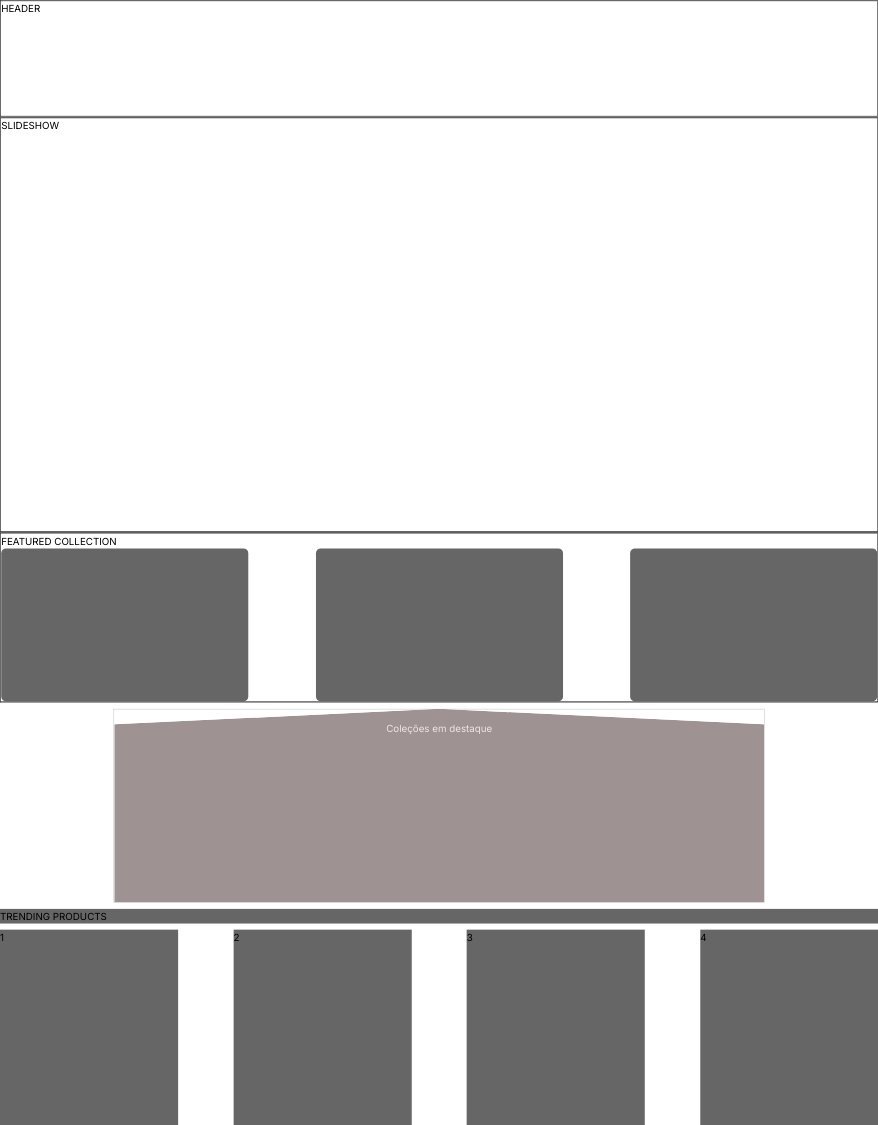
Repository: theophiloweb/landpage_disgital_store
Page: index.html
An editor plug-in stored every save of this project. The page is shown before and after the next save, followed by the edit.
The browser window is 1280 px wide. The page is 1440 px wide, so the pictures cover 1440 px, including what lies to the right of the window. The pictures show the whole page, at 61% of full size.

Above is the page before, as saved 2025-04-23 11:48:13.

### index.html
<!DOCTYPE html>
<html lang="en">

<head>
    <meta charset="UTF-8">
    <meta name="viewport" content="width=device-width, initial-scale=1.0">
    <title>Document</title>
    <script src="https://cdn.jsdelivr.net/npm/@tailwindcss/browser@4"></script>
    <link rel="stylesheet" href="style.css">
    <link rel="shortcut icon" href="./images/logo.svg" type="image/x-icon">
</head>

<body>

    <!-- Container principal  -->
    <div class="container">

        <header>
            <p>HEADER</p>
        </header>

        <main>

            <aside>

                <section class="slideshow">
                    <p>SLIDESHOW</p>
                </section>

                <section class="featured_collection">
                    <p>FEATURED COLLECTION</p>
                    <div class="img_featured_collection">
                        <div class="img_featured_collection_img1"></div>
                        <div class="img_featured_collection_img2"></div>
                        <div class="img_featured_collection_img3"></div>
                    </div>
                </section>

                <section class="featured_collection_2">

                    <div class="featured_collection_2_box1">
                        <div class="featured_collection_2_box2">
                            <p>Coleções em destaque</p>
                        </div>
                    </div>


                </section>

                <section class="trending_products">
                    <p>TRENDING PRODUCTS</p>
                    <div class="boxs_trending_products">
                        <div class="box1">1</div>
                        <div class="box2">2</div>
                        <div class="box3">3</div>
                        <div class="box4">4</div>
                    </div>

                </section>

            </aside>

        </main>
    </div>
</body>

</html>

### style.css
@import url('https://fonts.googleapis.com/css2?family=Inter:ital,opsz,wght@0,14..32,100..900;1,14..32,100..900&family=Oswald:wght@200..700&family=Roboto:ital,wght@0,100..900;1,100..900&display=swap');

:root {
    --color-dark: #1F1F1F;
    --dark-gray-1: #474747;
    --dark-gray-2: #666666;
    --light-gray-1: #8F8F8F;
    --light-gray-2: #CCCCCC;
    --light-gray-3: #F5F5F5;
    --white: #FFFFFF;
    --primary: #C92071;
    --secundary: #B5B6F2;
    --tTertiary: #991956;
    --error: #EE4266;
    --success: #52CA76;
    --warning: #F6AA1C;
    --primary-g: linear-gradient(top, #C92071 0%, #EDABCA 100%);
    --secondary-g: linear-gradient(top, #B5B6F2 0%, #EFEFFF 100%);
    --offset: 40px;
}

* {
    margin: 0;
    padding: 0;
    box-sizing: border-box;
    font-family: "Inter", sans-serif;
}

body {
    width: 100%;
    height: auto;
    display: grid;
    place-items: center;
    grid-template-columns: auto;
    grid-template-rows: auto;
}

.container {
    display: grid;
    grid-template-rows: 1fr;
    place-items: center;
    max-width: 1440px;

}

/* Header */
header {
    border: 2px groove var(--color-dark);
    width: 1440px;
    height: 192px;
}

/* Section Central Slideshow */
.slideshow {
    border: 2px groove var(--color-dark);
    width: 1440px;
    height: 681px;
}

/* Section Central featured_collection - Image */
.featured_collection {
    border: 2px groove var(--color-dark);
    max-width: 1440px;
}

.img_featured_collection {
    display: flex;

    justify-content: space-between;
}

.img_featured_collection_img1 {
    width: 405px;
    height: 251px;
    border-radius: 8px;
    background-color: var(--dark-gray-2);
}

.img_featured_collection_img2 {
    width: 405px;
    height: 251px;
    border-radius: 8px;
    background-color: var(--dark-gray-2);
}

.img_featured_collection_img3 {
    width: 405px;
    height: 251px;
    border-radius: 8px;
    background-color: var(--dark-gray-2);
}

/* Section Central featured_collection 2 */
.featured_collection_2 {
    display: flex;
    justify-content: center;
    max-width: 1440px;
    margin-top: 10px;
}

.featured_collection_2_box1 {
    width: 1067.5px;
    height: 317.5px;
    position: relative;
    display: flex;
    justify-content: center;
    align-items: center;
    box-sizing: border-box;
    border: 1px solid #ccc;
    margin: 92.5px 0 156px 0 216.5px;
}

.featured_collection_2_box2 {
    width: 1067.5px;
    height: 317.5px;
    border: none;
    border-radius: 0;
    position: relative;
    overflow: hidden;
    background: none;
    -webkit-clip-path: polygon(0% 8%, 50% 0%, 100% 8%, 100% 100%, 0% 100%);
    clip-path: polygon(0% 8%, 50% 0%, 100% 8%, 100% 100%, 0% 100%);
    box-sizing: border-box;
}

.featured_collection_2_box2::before {
    content: '';
    position: absolute;
    top: 0;
    left: 0;
    width: 100%;
    height: 100%;
    background-color: rgb(159, 146, 146);
    -webkit-clip-path: polygon(0% 8%, 50% 0%, 100% 8%, 100% 100%, 0% 100%);
    clip-path: polygon(0% 8%, 50% 0%, 100% 8%, 100% 100%, 0% 100%);
    z-index: 1;
}

.featured_collection_2_box2::after {
    content: '';
    position: absolute;
    top: 2px;
    left: 2px;
    width: calc(100% - 4px);
    height: calc(100% - 4px);
    background-color: transparent;
    -webkit-clip-path: polygon(0% 8%, 50% 0%, 100% 8%, 100% 100%, 0% 100%);
    clip-path: polygon(0% 8%, 50% 0%, 100% 8%, 100% 100%, 0% 100%);
    z-index: 2;
}

.featured_collection_2_box2 p {
    position: relative;
    z-index: 3;
    color: rgb(236, 230, 230);
    padding: 20px;
    text-align: center;
}

/* trending_products */

.trending_products {
    margin-top: 10px;
    display: flex;
    flex-direction: column;
}

.trending_products p {
    background-color: var(--dark-gray-2);
}

.boxs_trending_products {
    margin-top: 10px;
    display: flex;
    justify-content: space-between;
    gap: 10px;
}

.boxs_trending_products .box1 {
    background-color: var(--dark-gray-2);
    width: 292px;
    height: 321px;
}

.boxs_trending_products .box2 {
    background-color: var(--dark-gray-2);
    width: 292px;
    height: 321px;
}

.boxs_trending_products .box3 {
    background-color: var(--dark-gray-2);
    width: 292px;
    height: 321px;
}

.boxs_trending_products .box4 {
    background-color: var(--dark-gray-2);
    width: 292px;
    height: 321px;
}

After the next save:
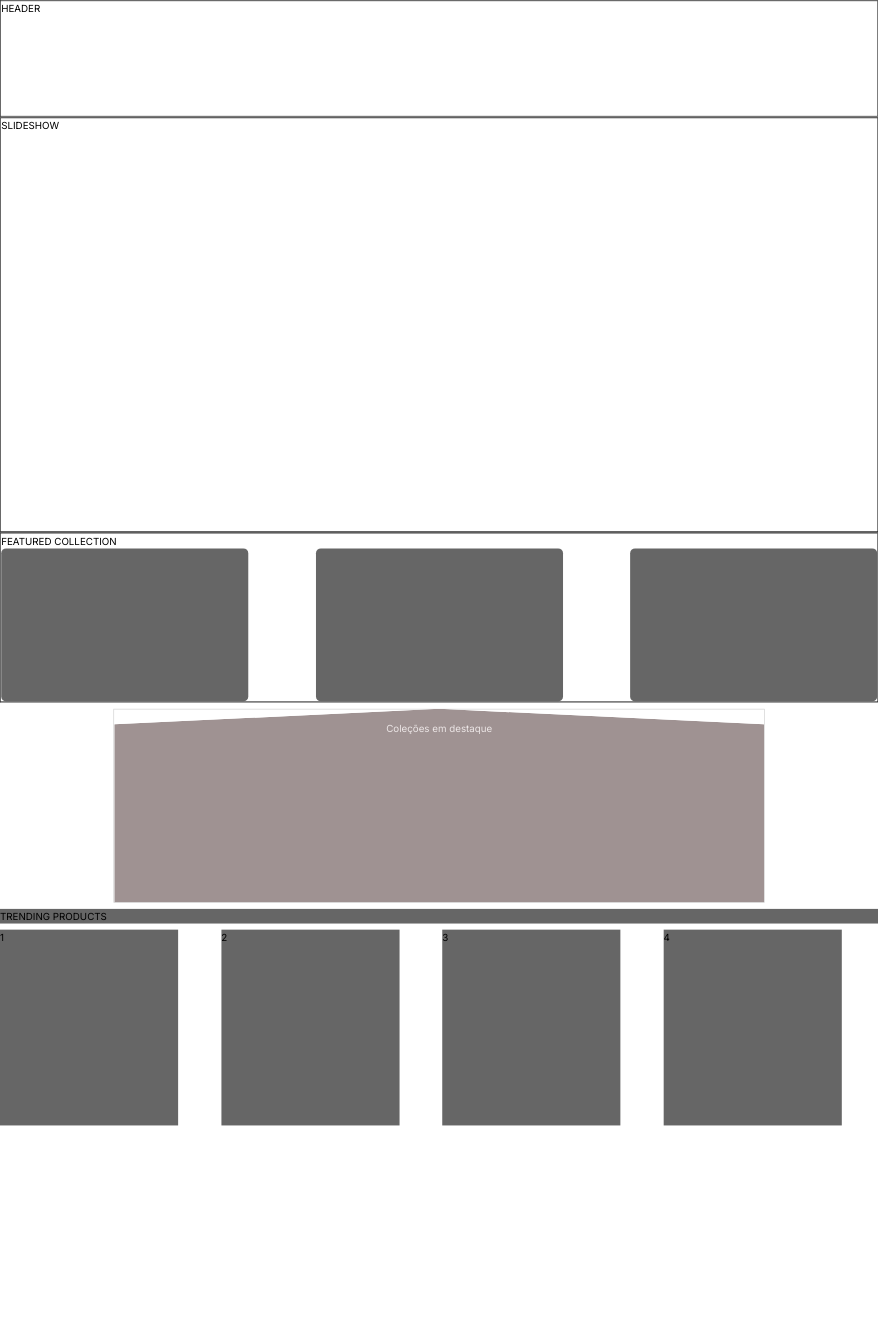
Saved 3 min 3 s later.
--- a/style.css
+++ b/style.css
@@ -171,8 +171,9 @@ header {
 
 .boxs_trending_products {
     margin-top: 10px;
-    display: flex;
-    justify-content: space-between;
+    display: grid;
+    grid-template-columns: repeat(4, 1fr);
+    grid-template-rows: repeat(2, 1fr);
     gap: 10px;
 }
 
